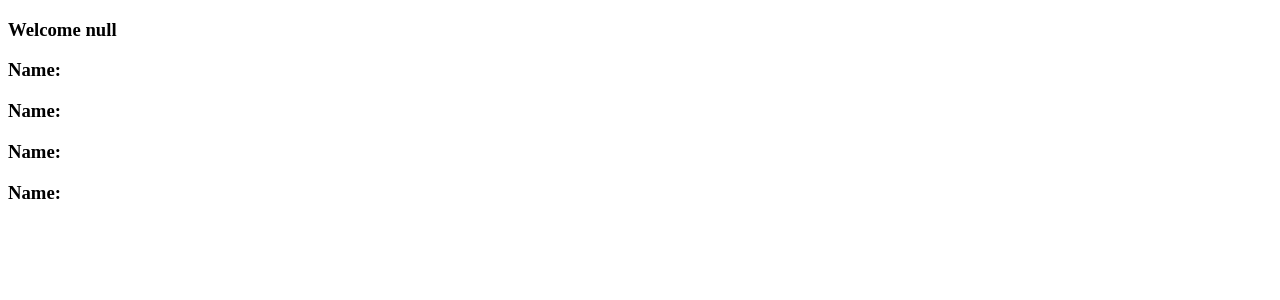
Repository: Senyadt2/Projects-On-Java
Page: http://localhost/RegisterLogin/profile.jsp
The author's editor kept a copy of each file at every save. The page is drawn from the files as they stood at one save, then again after the next save.
The browser window is 1280 px wide. The pictures show the whole page.
The page is served by Tomcat 10.

Above is the page before, as saved 2024-03-26 04:25:29.

After the next save:
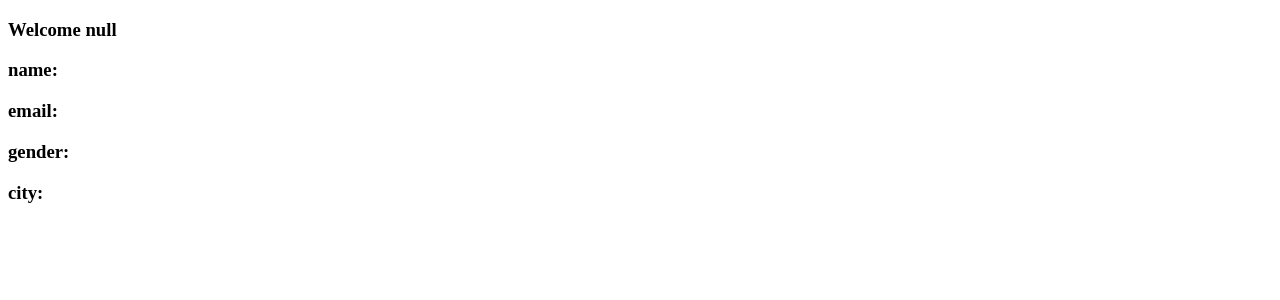
Saved 19 s later.
--- a/RegisterLogin/src/main/webapp/profile.jsp
+++ b/RegisterLogin/src/main/webapp/profile.jsp
@@ -9,10 +9,10 @@
 <body>
 <% String emailString = (String) session.getAttribute("emailString");%>
 	<h3>Welcome <%= emailString  %> </h3>
-	<h3>Name: </h3>
-	<h3>Name: </h3>
-	<h3>Name: </h3>
-	<h3>Name: </h3>
+	<h3>name: </h3>
+	<h3>email: </h3>
+	<h3>gender: </h3>
+	<h3>city: </h3>
 
 </body>
 </html>
